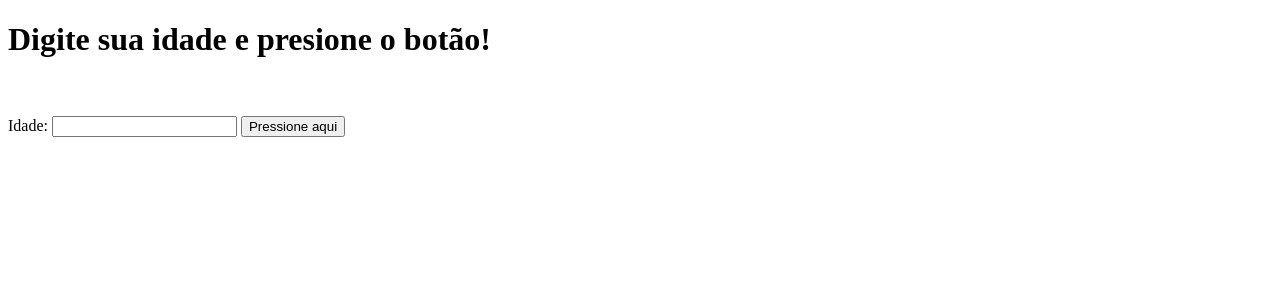
Repository: noceravictor/projetosbs
Page: http://localhost/fj21-agenda/digita-idade.jsp
The author's editor kept a copy of each file at every save. The page is drawn from the files as they stood at one save, then again after the next save.
The browser window is 1280 px wide. The pictures show the whole page.
The page is served by Tomcat 9.

Above is the page before, as saved 2019-03-19 15:38:23.

After the next save:
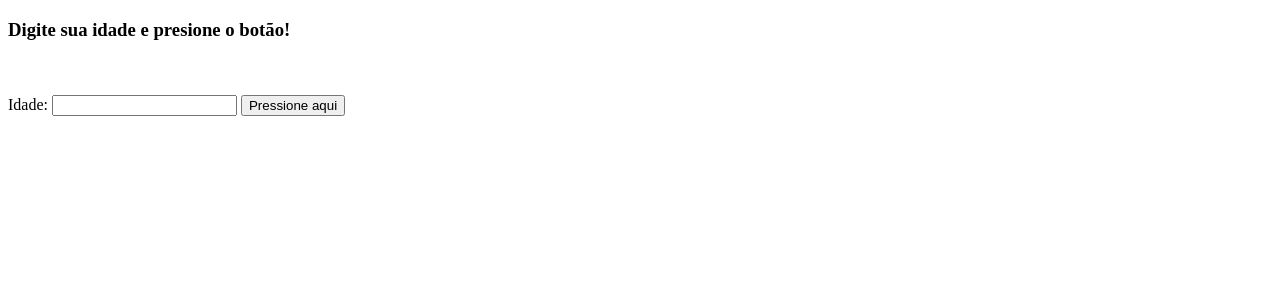
Saved 21 s later.
--- a/fj21-agenda/WebContent/digita-idade.jsp
+++ b/fj21-agenda/WebContent/digita-idade.jsp
@@ -7,7 +7,7 @@
 <title>Idade em JSP</title>
 </head>
 <body>
-	<h1>Digite sua idade e presione o botão!</h1>
+	<h3>Digite sua idade e presione o botão!</h3>
 	<br />
 	<br />
 
